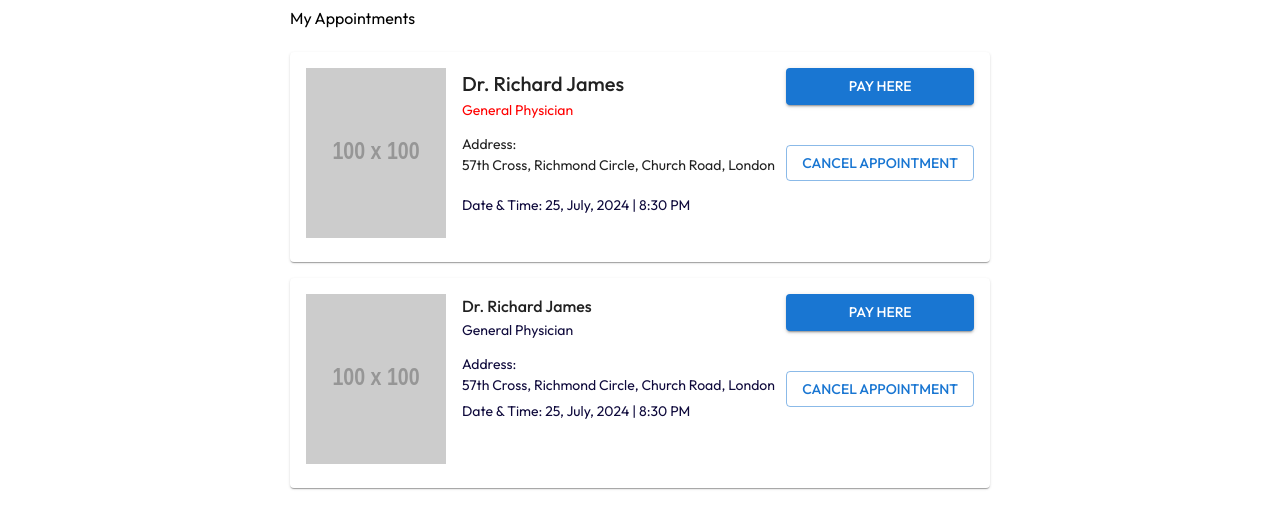
Repository: Ali-Dmerdash/DEPI_GRAD
Page: /
An editor plug-in stored every save of this project. The page is shown before and after a run of saves, followed by the edit.
The browser window is 1280 px wide. The pictures show the whole page.
The project was rebuilt for these pictures with package versions that can differ from the ones it lists, and the page was loaded fresh each time. Also part of the build but not shown: vite.config.ts.

Above is the page before, as saved 2024-10-08 21:18:25.

### src/App.tsx
import "./App.css";
import "react-router-dom";
import { library } from "@fortawesome/fontawesome-svg-core";
import { fab } from "@fortawesome/free-brands-svg-icons";
import { fas } from "@fortawesome/free-solid-svg-icons";
import { far } from "@fortawesome/free-regular-svg-icons";
import Myappointment from "./pages/myappointment";

function App() {
  return (
    <>
      <Myappointment />
    </>
  );
}

export default App;
library.add(fab, fas, far);

### src/index.css
@import url("https://fonts.googleapis.com/css2?family=Outfit:wght@100..900&display=swap");

body {
  font-family: "Outfit", sans-serif;
  color: var(--text-color);
}

:root {
  --primary-color: #07456f;
  --secondary-color: #009f9d;
  --text-color: #0f0a3c;
  --card-button-color: #ace6f6;
  --border-color: #adadad;
}

### src/App.css
@import "./App.css";

body {
  color: var(--text-color);
}

### src/pages/myappointment/index.tsx
import React from "react";
import { Box, Card, CardContent, Typography, Button } from "@mui/material";

const MyAppointment: React.FC = () => {
  return (
    <>
      <Box sx={{ maxWidth: 700, margin: "0 auto" }}>
        <Typography variant="body" color="initial">
          My Appointments
        </Typography>
        <Card sx={{ marginBottom: 2, marginTop: 3 }}>
          <CardContent>
            <Box display="flex" alignItems="flex-start">
              <img
                src="https://via.placeholder.com/100"
                alt="Doctor"
                style={{ width: "140px", height: "170px", marginRight: "16px" }}
              />
              <Box flexGrow={1}>
                <Typography variant="h6" fontSize="20px">
                  Dr. Richard James
                </Typography>
                <Typography
                  color="red"
                  fontSize="14px"
                  sx={{ marginBottom: "4%" }}
                >
                  General Physician
                </Typography>
                <Typography
                  color=""
                  fontSize="14px"
                  sx={{ marginBottom: "6%" }}
                >
                  Address: <br /> 57th Cross, Richmond Circle, Church Road,
                  London
                </Typography>
                <Typography color="#0F0A3C" fontSize="14px">
                  Date & Time: 25, July, 2024 | 8:30 PM
                </Typography>
              </Box>
              <Box
                display="flex"
                flexDirection="column"
                justifyContent="flex-end"
              >
                <Button variant="contained" color="primary">
                  Pay here
                </Button>
                <Button
                  variant="outlined"
                  color="primary"
                  sx={{ marginTop: 5 }}
                >
                  Cancel appointment
                </Button>
              </Box>
            </Box>
          </CardContent>
        </Card>

        <Card>
          <CardContent>
            <Box display="flex" alignItems="flex-start">
              <img
                src="https://via.placeholder.com/100"
                alt="Doctor"
                style={{ width: "140px", height: "170px", marginRight: "16px" }}
              />
              <Box flexGrow={1}>
                <Typography variant="h6" fontSize="16px">
                  Dr. Richard James
                </Typography>
                <Typography
                  color="#0F0A3C"
                  fontSize="14px"
                  sx={{ marginBottom: "4%" }}
                >
                  General Physician
                </Typography>
                <Typography
                  color="#0F0A3C"
                  fontSize="14px"
                  sx={{ marginBottom: "5px" }}
                >
                  Address: <br />
                  57th Cross, Richmond Circle, Church Road, London
                </Typography>
                <Typography color="#0F0A3C" fontSize="14px">
                  Date & Time: 25, July, 2024 | 8:30 PM
                </Typography>
              </Box>
              <Box
                display="flex"
                flexDirection="column"
                justifyContent="flex-end"
              >
                <Button variant="contained" color="primary">
                  Pay here
                </Button>

                <Button
                  variant="outlined"
                  color="primary"
                  sx={{ marginTop: 5 }}
                >
                  Cancel appointment
                </Button>
              </Box>
            </Box>
          </CardContent>
        </Card>
      </Box>
    </>
  );
};

export default MyAppointment;

Loaded but not shown: index.html (common file); src/main.tsx (common file)

After the next 2 saves:
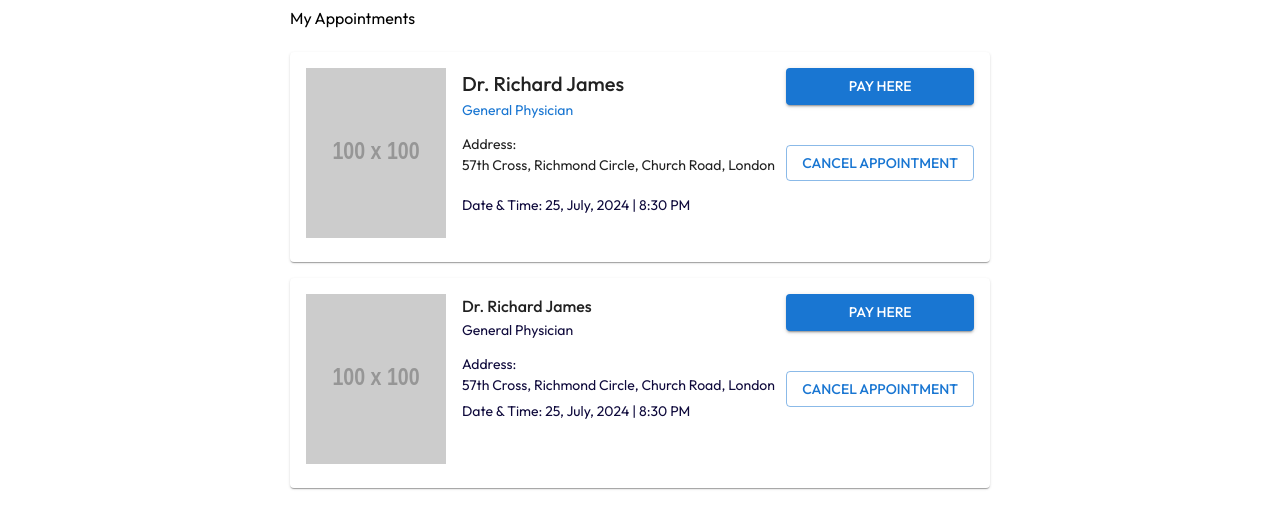
The 2 saves are shown as one change because they came seconds apart.
The last was saved 8 s later.
--- a/src/pages/myappointment/index.tsx
+++ b/src/pages/myappointment/index.tsx
@@ -21,7 +21,7 @@ const MyAppointment: React.FC = () => {
                   Dr. Richard James
                 </Typography>
                 <Typography
-                  color="red"
+                  color="primary"
                   fontSize="14px"
                   sx={{ marginBottom: "4%" }}
                 >
